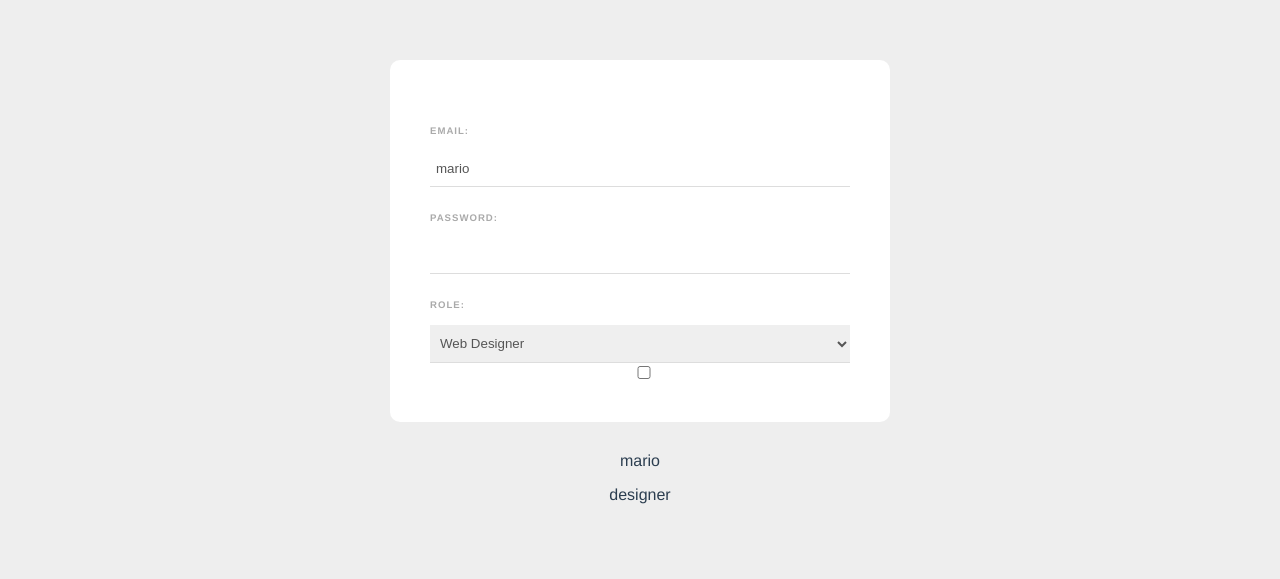
Repository: pin-seavmuy/Vue-Js
Page: /
The author's editor kept a copy of each file at every save. The page is drawn from the files as they stood at one save, then again after a run of saves.
The browser window is 1280 px wide. The pictures show the whole page.
The project was rebuilt for these pictures with package versions that can differ from the ones it lists, and the page was loaded fresh each time. Also part of the build but not shown: vue.config.js.

Above is the page before, as saved 2023-11-15 23:48:59.

### src/App.vue
<template>
  <SignupForm/>
</template>

<script>
import SignupForm from './components/SignupForm.vue'

export default {
  name: 'App',
  components: {
    SignupForm
  }
}
</script>

<style>
#app {
  font-family: Avenir, Helvetica, Arial, sans-serif;
  -webkit-font-smoothing: antialiased;
  -moz-osx-font-smoothing: grayscale;
  text-align: center;
  color: #2c3e50;
  margin-top: 60px;
}
body{
  margin: 0;
  background: #eee;

}
</style>

### src/components/SignupForm.vue
<template>
  <form>
    <label>Email:</label>
    <input type="email" required v-model="email">

    <label>Password:</label>
    <input type="password" required v-model="password">

        <label>Role:</label>
        <select v-model="role">
            <option value="developer">Web Developer</option>
            <option value="designer">Web Designer</option>
        </select>

        <div class="terms">
            <input type="checkbox">
        </div>
  </form>

  <p>{{ email }}</p>
  <p>{{ password }}</p>
  <p>{{ role}}</p>
</template>

<script>
export default {
    data(){
        return{
            email: 'mario',
            password: '',
            role: 'designer'
        }
    },
    components: []
}
</script>

<style>
    form{
        max-width: 420px;
        margin: 30px auto;
        background: #fff;
        text-align: left;
        padding: 40px;
        border-radius: 10px;
    }
    label{
        color: #aaa;
        display: flex;
        margin: 25px 0 15px;
        font-size: 0.6em;
        text-transform: uppercase;
        letter-spacing: 1px;
        font-weight: bold;
    }
    input, select{
        display: block;
        padding: 10px 6px;
        width: 100%;
        box-sizing: border-box;
        border: none;
        border-bottom: 1px solid #ddd;
        color: #555;
    }
</style>

Loaded but not shown: public/index.html (common file); src/main.js (common file)

After the next 4 saves:
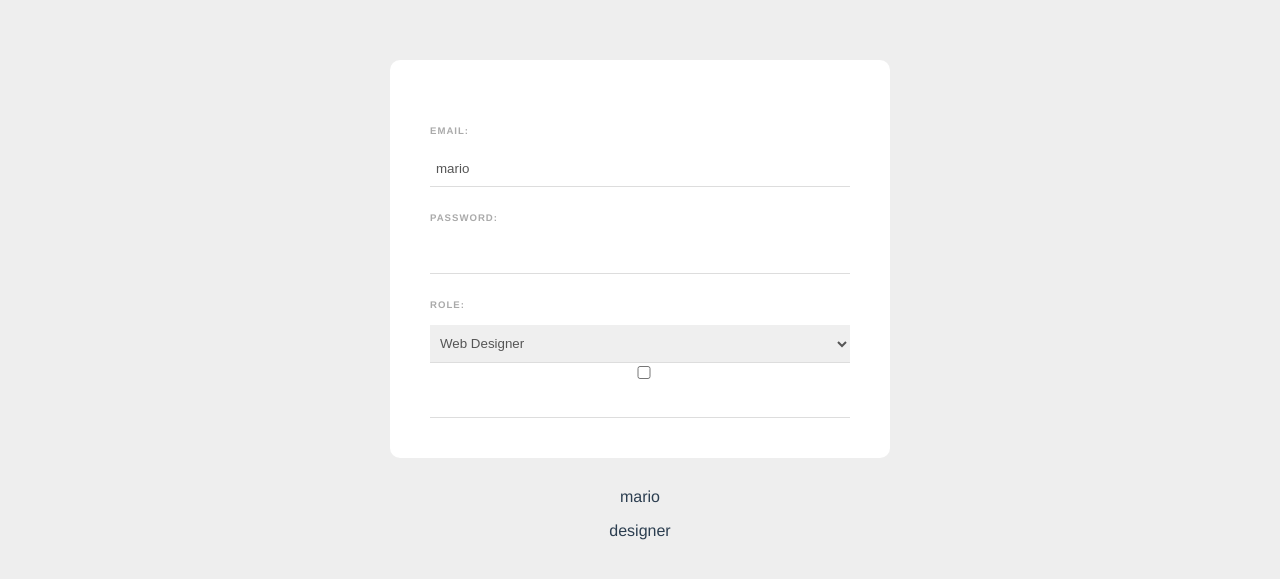
The 4 saves are shown as one change because they came seconds apart.
The last was saved 9 s later.
--- a/src/components/SignupForm.vue
+++ b/src/components/SignupForm.vue
@@ -13,7 +13,8 @@
         </select>
 
         <div class="terms">
-            <input type="checkbox">
+            <input type="checkbox" required>
+            <input>
         </div>
   </form>
 
